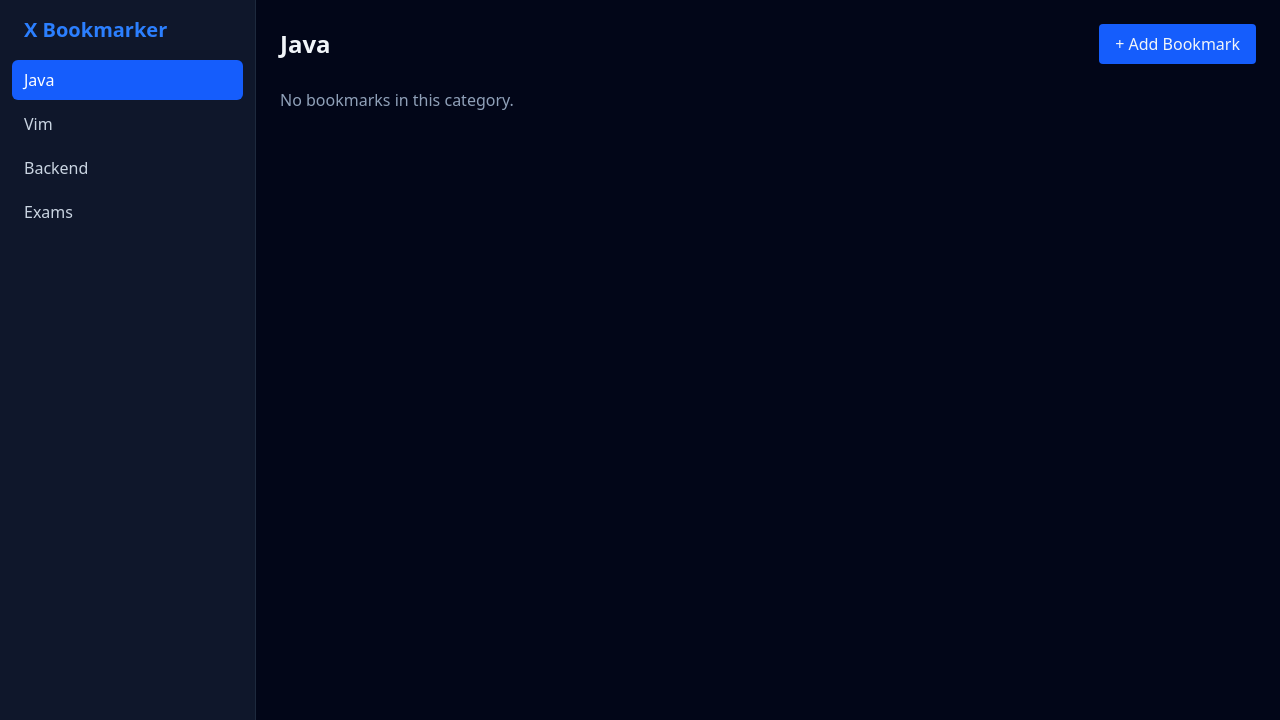
Repository: pgyunknown/pgyXmark
Page: /
An editor plug-in stored every save of this project. The page is shown before and after the next save, followed by the edit.
The browser window is 1280 px wide. The pictures show the whole page.
The page's requests for data from a server got no answer. The project was rebuilt for these pictures with package versions that can differ from the ones it lists, and the page was loaded fresh each time. No one was signed in, and anything a server would have sent is missing. Also part of the build but not shown: vite.config.js.

Above is the page before, as saved 2026-01-12 15:17:33.

### index.html
<!doctype html>
<html lang="en">
  <head>
    <meta charset="UTF-8" />
    <link rel="icon" type="image/svg+xml" href="/vite.svg" />
    <meta name="viewport" content="width=device-width, initial-scale=1.0" />
    <title>x_bookmarker</title>
  </head>
  <body>
    <div id="root"></div>
    <script type="module" src="/src/main.jsx"></script>
  </body>
</html>

### src/App.jsx
import { useState } from "react";
import Sidebar from "./components/Sidebar";
import BookmarkPanel from "./components/BookmarkPanel";
import useBookmarks from "./hooks/useBookmarks";
import categories from "./data/categories";

export default function App() {
  const [activeCategory, setActiveCategory] = useState(categories[0]);
  const [isSidebarOpen, setIsSidebarOpen] = useState(false);

  const { addBookmark, getByCategory, removeBookmark } = useBookmarks();

  return (
    <div className="h-screen flex bg-slate-950 text-slate-100 overflow-hidden">
      <Sidebar
        categories={categories}
        activeCategory={activeCategory}
        onSelectCategory={setActiveCategory}
        isOpen={isSidebarOpen}
        onClose={() => setIsSidebarOpen(false)}
      />

      <div className="flex-1 flex flex-col">
        <div className="md:hidden flex items-center px-4 py-3 border-b border-slate-800">
          <button
            onClick={() => setIsSidebarOpen(true)}
            className="text-blue-400 text-xl"
          >
            ☰
          </button>
          <span className="ml-4 font-semibold">{activeCategory}</span>
        </div>

        <BookmarkPanel
          activeCategory={activeCategory}
          addBookmark={addBookmark}
          getByCategory={getByCategory}
          removeBookmark={removeBookmark}
        />
      </div>
    </div>
  );
}

### src/components/Sidebar.jsx
export default function Sidebar({
  categories,
  activeCategory,
  onSelectCategory,
  isOpen,
  onClose,
}) {
  return (
    <>
      {isOpen && (
        <div
          onClick={onClose}
          className="fixed inset-0 bg-black/50 z-40 md:hidden"
        />
      )}

      <aside
        className={`fixed md:static z-50 h-full w-64 bg-slate-900 border-r border-slate-800
          transform transition-transform duration-200
          ${isOpen ? "translate-x-0" : "-translate-x-full"}
          md:translate-x-0`}
      >
        <h1 className="text-xl font-semibold px-6 py-4 text-blue-500">
          X Bookmarker
        </h1>

        <ul className="px-3 space-y-1">
          {categories.map((cat) => (
            <li
              key={cat}
              onClick={() => {
                onSelectCategory(cat);
                onClose();
              }}
              className={`px-3 py-2 rounded-md cursor-pointer transition
                ${
                  activeCategory === cat
                    ? "bg-blue-600 text-white"
                    : "text-slate-300 hover:bg-slate-800 hover:text-blue-400"
                }`}
            >
              {cat}
            </li>
          ))}
        </ul>
      </aside>
    </>
  );
}

### src/components/BookmarkPanel.jsx
import { useEffect, useRef, useState } from "react";
import BookmarkList from "./BookmarkList";

export default function BookmarkPanel({
  activeCategory,
  addBookmark,
  getByCategory,
  removeBookmark,
}) {
  const [showForm, setShowForm] = useState(false);
  const [title, setTitle] = useState("");
  const [url, setUrl] = useState("");
  const urlInputRef = useRef(null);

  const bookmarks = getByCategory(activeCategory);

  function handleAdd(e) {
    e.preventDefault();

    addBookmark({ title, url, category: activeCategory });

    setTitle("");
    setUrl("");
    setShowForm(false);
  }

  useEffect(() => {
    if (showForm && urlInputRef.current) {
      urlInputRef.current.focus();
    }
  }, [showForm]);

  useEffect(() => {
    function onEsc(e) {
      if (e.key === "Escape") setShowForm(false);
    }

    if (showForm) window.addEventListener("keydown", onEsc);
    return () => window.removeEventListener("keydown", onEsc);
  }, [showForm]);

  return (
    <main className="flex-1 p-6 bg-slate-950">
      <div className="flex justify-between items-center mb-6">
        <h2 className="text-2xl font-semibold">{activeCategory}</h2>
        <button
          onClick={() => setShowForm(!showForm)}
          className="px-4 py-2 bg-blue-600 rounded hover:bg-blue-500"
        >
          + Add Bookmark
        </button>
      </div>

      {showForm && (
        <form
          onSubmit={handleAdd}
          className="mb-6 p-4 bg-slate-900 border border-slate-800 rounded space-y-3"
        >
          <input
            type="text"
            placeholder="Title (optional)"
            value={title}
            onChange={(e) => setTitle(e.target.value)}
            className="w-full px-3 py-2 rounded bg-slate-800"
          />

          <input
            ref={urlInputRef}
            type="url"
            placeholder="https://example.com"
            value={url}
            onChange={(e) => setUrl(e.target.value)}
            required
            className="w-full px-3 py-2 rounded bg-slate-800"
          />

          <div className="flex gap-3">
            <button className="px-4 py-2 bg-blue-600 rounded">Save</button>
            <button
              type="button"
              onClick={() => setShowForm(false)}
              className="px-4 py-2 bg-slate-700 rounded"
            >
              Cancel
            </button>
          </div>
        </form>
      )}

      <BookmarkList bookmarks={bookmarks} onDelete={removeBookmark} />
    </main>
  );
}

### src/hooks/useBookmarks.js
import { useEffect, useState } from "react";
import { supabase } from "../utils/supabase";

export default function useBookmarks() {
  const [bookmarks, setBookmarks] = useState([]);

  // Fetch all bookmarks once on load
  useEffect(() => {
    fetchBookmarks();
  }, []);

  async function fetchBookmarks() {
    const { data, error } = await supabase
      .from("bookmarks")
      .select("*")
      .order("created_at", { ascending: false });

    if (error) {
      console.error("Fetch error:", error);
      return;
    }

    setBookmarks(data);
  }

  async function addBookmark({ title, url, category }) {
    if (!url || !category) return;

    const { error } = await supabase.from("bookmarks").insert({
      title: title?.trim() || url,
      url,
      category,
    });

    if (error) {
      console.error("Insert error:", error);
      return;
    }

    fetchBookmarks();
  }

  async function removeBookmark(id) {
    const { error } = await supabase.from("bookmarks").delete().eq("id", id);

    if (error) {
      console.error("Delete error:", error);
      return;
    }

    fetchBookmarks();
  }

  function getByCategory(category) {
    return bookmarks.filter((b) => b.category === category);
  }

  return {
    addBookmark,
    getByCategory,
    removeBookmark,
  };
}

### src/data/categories.js
const categories = ["Java", "Vim", "Backend", "Exams"];

export default categories;

### src/components/BookmarkList.jsx
export default function BookmarkList({ bookmarks, onDelete }) {
  if (!bookmarks.length) {
    return <p className="text-slate-400">No bookmarks in this category.</p>;
  }

  return (
    <div className="space-y-3">
      {bookmarks.map((b) => (
        <div
          key={b.id}
          className="group p-4 bg-slate-900 rounded-md border border-slate-800
                     flex justify-between items-start"
        >
          <div>
            <p className="font-medium">{b.title}</p>
            <a
              href={b.url}
              target="_blank"
              rel="noreferrer"
              className="text-sm text-blue-400 hover:underline"
            >
              {b.url}
            </a>
          </div>

          <button
            onClick={() => onDelete(b.id)}
            className="text-slate-500 hover:text-red-400 opacity-0
                       group-hover:opacity-100 transition"
          >
            ✕
          </button>
        </div>
      ))}
    </div>
  );
}

Loaded but not shown: src/main.jsx (common file); src/index.css (common file); src/utils/supabase.js (common file)

After the next save:
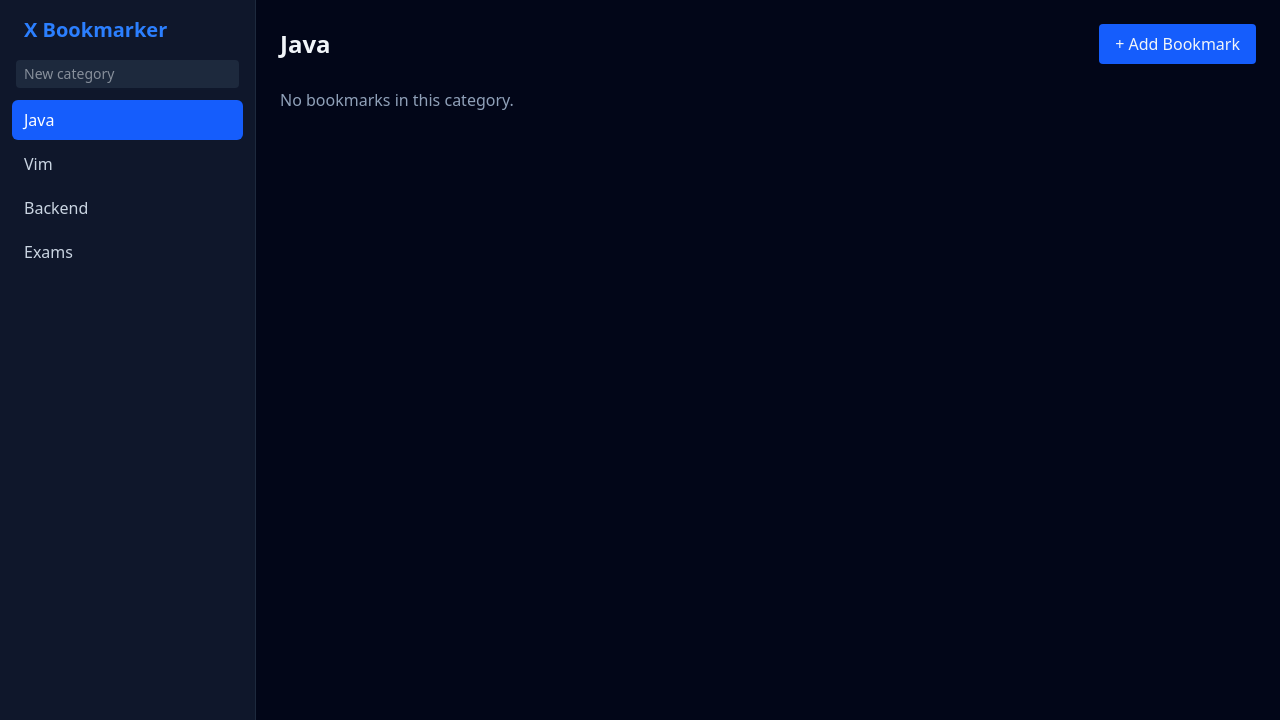
Saved 16 s later.
--- a/src/components/Sidebar.jsx
+++ b/src/components/Sidebar.jsx
@@ -1,10 +1,22 @@
+import { useState } from "react";
+
 export default function Sidebar({
   categories,
   activeCategory,
   onSelectCategory,
+  onAddCategory,
+  onDeleteCategory,
   isOpen,
   onClose,
 }) {
+  const [newCategory, setNewCategory] = useState("");
+
+  function handleAdd(e) {
+    e.preventDefault();
+    onAddCategory(newCategory.trim());
+    setNewCategory("");
+  }
+
   return (
     <>
       {isOpen && (
@@ -16,30 +28,53 @@ export default function Sidebar({
 
       <aside
         className={`fixed md:static z-50 h-full w-64 bg-slate-900 border-r border-slate-800
-          transform transition-transform duration-200
-          ${isOpen ? "translate-x-0" : "-translate-x-full"}
-          md:translate-x-0`}
+        transform transition-transform duration-200
+        ${isOpen ? "translate-x-0" : "-translate-x-full"}
+        md:translate-x-0`}
       >
         <h1 className="text-xl font-semibold px-6 py-4 text-blue-500">
           X Bookmarker
         </h1>
 
+        {/* Add category */}
+        <form onSubmit={handleAdd} className="px-4 mb-3">
+          <input
+            value={newCategory}
+            onChange={(e) => setNewCategory(e.target.value)}
+            placeholder="New category"
+            className="w-full px-2 py-1 rounded bg-slate-800 text-sm outline-none"
+          />
+        </form>
+
+        {/* Category list */}
         <ul className="px-3 space-y-1">
           {categories.map((cat) => (
             <li
               key={cat}
-              onClick={() => {
-                onSelectCategory(cat);
-                onClose();
-              }}
-              className={`px-3 py-2 rounded-md cursor-pointer transition
+              className={`group flex justify-between items-center px-3 py-2 rounded-md cursor-pointer
                 ${
                   activeCategory === cat
                     ? "bg-blue-600 text-white"
                     : "text-slate-300 hover:bg-slate-800 hover:text-blue-400"
                 }`}
             >
-              {cat}
+              <span
+                onClick={() => {
+                  onSelectCategory(cat);
+                  onClose();
+                }}
+                className="flex-1"
+              >
+                {cat}
+              </span>
+
+              <button
+                onClick={() => onDeleteCategory(cat)}
+                className="opacity-0 group-hover:opacity-100 text-red-400 text-sm"
+                title="Delete category"
+              >
+                ✕
+              </button>
             </li>
           ))}
         </ul>
